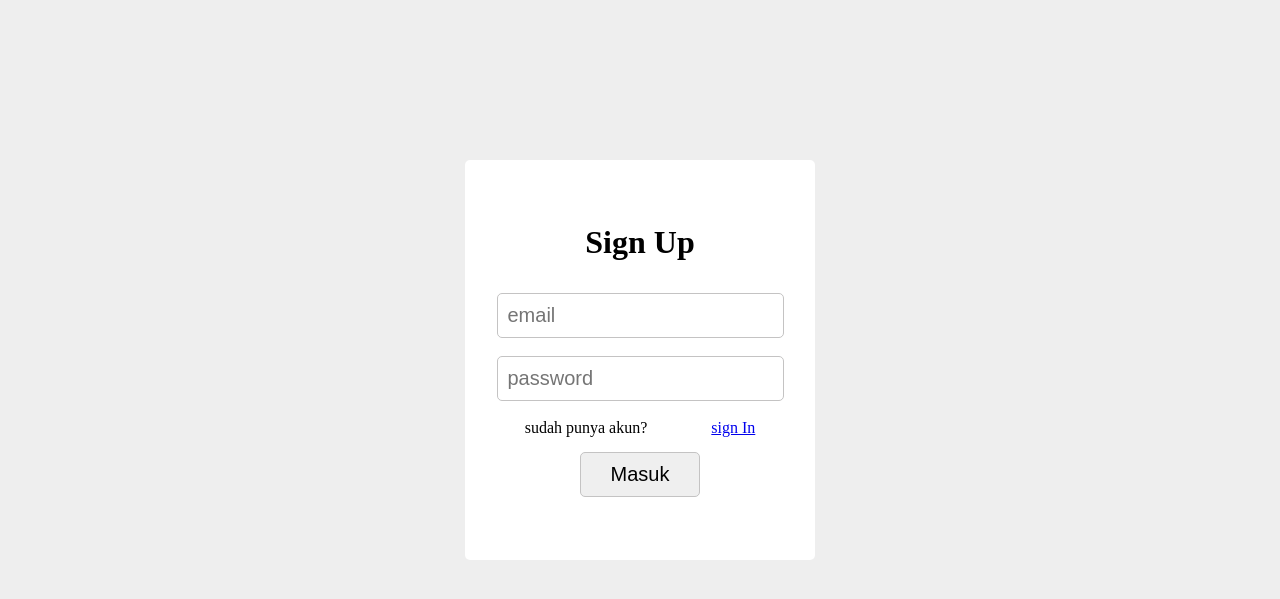
Repository: HabibAsyrof/project-akhir
Page: http://localhost/Sign-Up
The author's editor kept a copy of each file at every save. The page is drawn from the files as they stood at one save, then again after a run of saves.
The browser window is 1280 px wide. The pictures show the whole page.
The page is served by the project's Laravel application, run on PHP 8.4 with Laravel 12. Other server files are loaded and not shown.

Above is the page before, as saved 2024-10-10 10:38:49.

### routes/web.php

<?php

use App\Http\Controllers\loginController;
use App\Http\Controllers\regisController;
use App\Models\Iklan;
use App\Models\Jenis;
use App\Models\Kategori;
use Illuminate\Support\Facades\Route;
use Symfony\Component\CssSelector\Node\FunctionNode;

Route::get('/', function (){
    return view('halaman_utama', [
        'kategori' => Kategori::all(),
        'iklan' => Iklan::all(),
        'jenis' => Jenis::take(6)->get()
    ]);
});

Route::get('/Sign-In', function (){
    return view('auth/signin');
});

Route::get('/login', [
    loginController::class, ('login')
])->name('login')->middleware('guest');

Route::post('/login', [
    loginController::class, ('authenticate')
]);

Route::get('/Sign-Up', function(){
    return view('signup');
});

### resources/views/signup.blade.php
<!DOCTYPE html>
<html lang="en">

<head>
    <meta charset="UTF-8">
    <meta name="viewport" content="width=device-width, initial-scale=1.0">
    <meta http-equiv="X-UA-Compatible" content="ie=edge">
    <link rel="stylesheet" href="css/style.css">
    <title>Sign In</title>
</head>

<body>
    <div class="container-login">
        <form action="">
            @csrf
            <div class="judul">
                <h1>Sign Up</h1>
            </div>
            <div class="login">
                <input type="email" name="email" placeholder="email"><br>
                <input type="password" name="password" placeholder="password"><br>
                <div class="regis">
                    <p>sudah punya akun?</p>
                    <a href="/Sign-In">sign In</a>
                </div>
                <button>Masuk</button>
            </div>
        </form>
    </div>
</body>

</html>

### public/css/style.css
body,*,html {
    margin: 0;
    padding: 0;
}


.container-login {
    display: flex;
    justify-content: center;
    align-items: center;
    height: 100vh;
    align-items: center;
    background-color: #eee;
}

form {
    background-color: #ffff;
    height: 400px;
    width: 350px;
    display: flex;
    flex-direction: column;
    justify-content: center;
    gap: 2rem;
    border-radius: 5px;
}

.login {
    display: flex;
    flex-direction: column;
    justify-content: center;
    align-items: center;
}

.judul {
    display: flex;
    justify-content: center;
    align-items: center;
}


input {
    font-size: 20px;
    padding: 10px;
    border: solid 1px rgb(196, 195, 195);
    border-radius: 5px;
}

button {
    font-size: 20px;
    padding: 10px 30px 10px 30px;
    border: solid 1px rgb(196, 195, 195);
    border-radius: 5px;
}

.regis {
    display: flex;
    gap: 4rem;
    padding-bottom: 15px;
}

.error {
    padding: 10px;
    color: crimson;
}

### resources/views/auth/signup.blade.php
<!DOCTYPE html>
<html lang="en">

<head>
    <meta charset="UTF-8">
    <meta name="viewport" content="width=device-width, initial-scale=1.0">
    <meta http-equiv="X-UA-Compatible" content="ie=edge">
    <link rel="stylesheet" href="css/login.css">
    <title>Sign In</title>
</head>

<body>
    <div class="container-login">
        <form action="/register" method="POST">
            @csrf
            <div class="judul">
                <h1>Sign Up</h1>
            </div>
            <div class="login">
                <input type="username" name="name" placeholder="username"><br>
                @error('name')
                    <p>{{$message}}</p>
                @enderror
                <input type="email" name="email" placeholder="email"><br>
                @error('email')
                    <p>{{$message}}</p>
                @enderror
                <input type="password" name="password" placeholder="password"><br>
                @error('password')
                    <p>{{$message}}</p>
                @enderror
                <div class="regis">
                    <p>sudah punya akun?</p>
                    <a href="/Sign-In">sign In</a>
                </div>
                <button type="submit" class="login-btn">Daftar</button>
            </div>
        </form>
    </div>
</body>

</html>

### public/css/login.css
body,*,html {
    margin: 0;
    padding: 0;
}
.container-login {
    display: flex;
    justify-content: center;
    align-items: center;
    height: 100vh;
    align-items: center;
    background-color: #eee;
}
form {
    background-color: #ffff;
    height: 400px;
    width: 350px;
    display: flex;
    flex-direction: column;
    justify-content: center;
    gap: 2rem;
    border-radius: 5px;
}
.login {
    display: flex;
    flex-direction: column;
    justify-content: center;
    align-items: center;
}
.judul {
    display: flex;
    justify-content: center;
    align-items: center;
}
input {
    font-size: 20px;
    padding: 10px;
    border: solid 1px rgb(196, 195, 195);
    border-radius: 5px;
}
.login-btn {
    font-size: 20px;
    padding: 10px 30px 10px 30px;
    border: solid 1px rgb(196, 195, 195);
    border-radius: 5px;
}
.regis {
    display: flex;
    gap: 4rem;
    padding-bottom: 15px;
}
.error {
    padding: 10px;
    color: crimson;
}

After the next 2 saves:
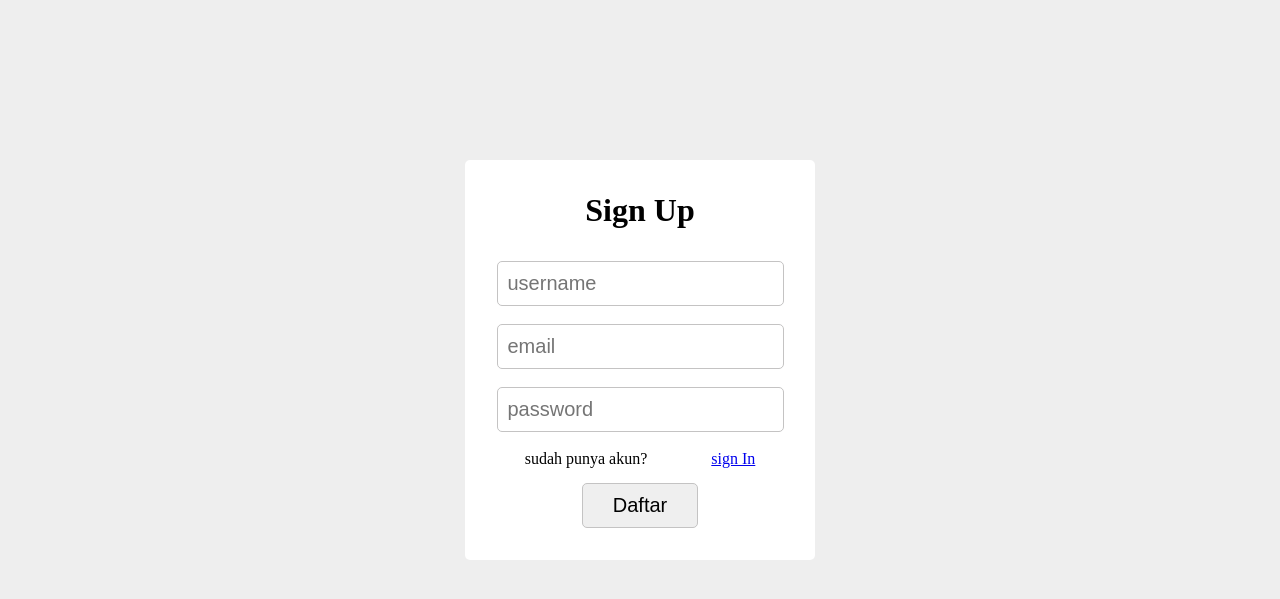
The 2 saves are shown as one change because 1 did not build or start.
The last was saved 110 s later.
--- a/routes/web.php
+++ b/routes/web.php
@@ -30,5 +30,5 @@
 ]);
 
 Route::get('/Sign-Up', function(){
-    return view('signup');
+    return view('auth/signup');
 });
